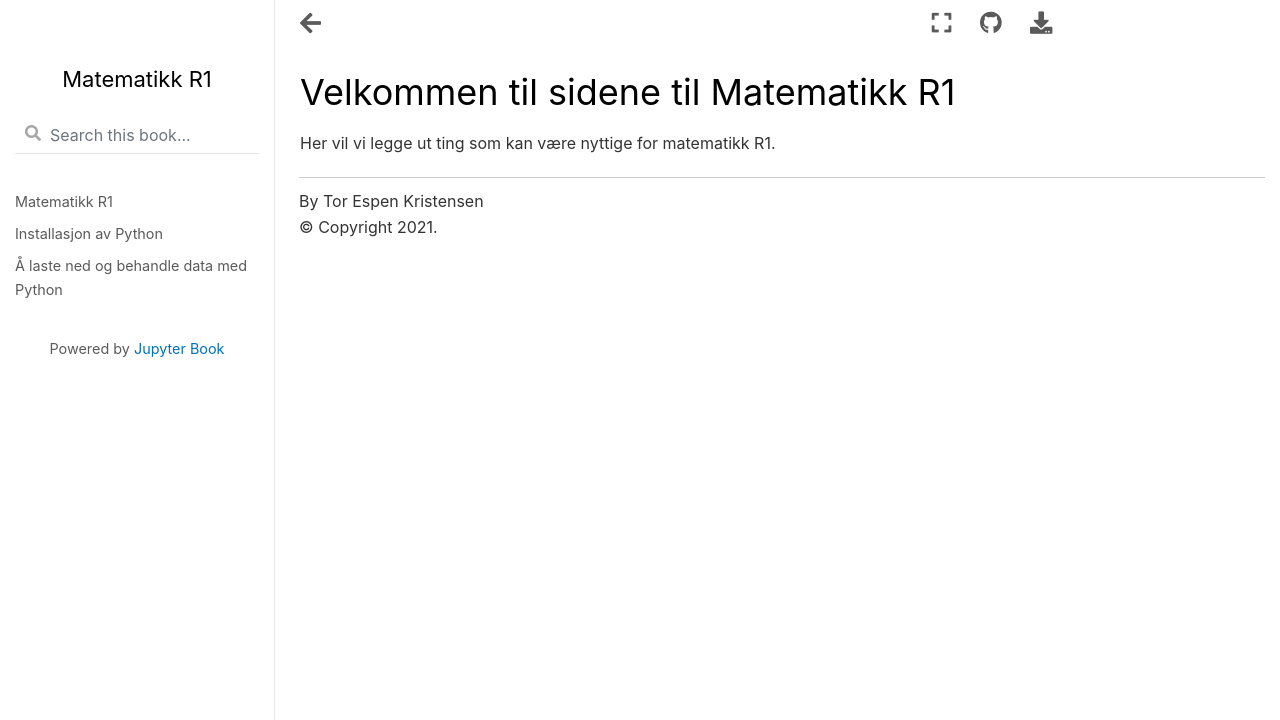
Repository: tork73/R1
Page: R1-programmering/_build/html/intro.html
These files come from the project's save history. The page is drawn as it stood at one moment and after the next save; the edit follows.
The browser window is 1280 px wide. The pictures show the whole page.

Above is the page before, as saved 2022-01-31 10:33:05.

### R1-programmering/_build/html/intro.html

<!DOCTYPE html>

<html>
  <head>
    <meta charset="utf-8" />
    <meta name="viewport" content="width=device-width, initial-scale=1.0" />
    <title>Velkommen til sidene til Matematikk R1 &#8212; Matematikk R1</title>

  <link href="../_static/css/theme.css" rel="stylesheet">
  <link href="../_static/css/index.ff1ffe594081f20da1ef19478df9384b.css" rel="stylesheet">


  <link rel="stylesheet"
    href="../_static/vendor/fontawesome/5.13.0/css/all.min.css">
  <link rel="preload" as="font" type="font/woff2" crossorigin
    href="../_static/vendor/fontawesome/5.13.0/webfonts/fa-solid-900.woff2">
  <link rel="preload" as="font" type="font/woff2" crossorigin
    href="../_static/vendor/fontawesome/5.13.0/webfonts/fa-brands-400.woff2">





    <link rel="stylesheet" type="text/css" href="../_static/pygments.css" />
    <link rel="stylesheet" type="text/css" href="../_static/sphinx-book-theme.css?digest=c3fdc42140077d1ad13ad2f1588a4309" />
    <link rel="stylesheet" type="text/css" href="../_static/togglebutton.css" />
    <link rel="stylesheet" type="text/css" href="../_static/copybutton.css" />
    <link rel="stylesheet" type="text/css" href="../_static/mystnb.css" />
    <link rel="stylesheet" type="text/css" href="../_static/sphinx-thebe.css" />
    <link rel="stylesheet" type="text/css" href="../_static/proof.css" />
    <link rel="stylesheet" type="text/css" href="../_static/panels-main.c949a650a448cc0ae9fd3441c0e17fb0.css" />
    <link rel="stylesheet" type="text/css" href="../_static/panels-variables.06eb56fa6e07937060861dad626602ad.css" />

  <link rel="preload" as="script" href="../_static/js/index.be7d3bbb2ef33a8344ce.js">

    <script data-url_root="../" id="documentation_options" src="../_static/documentation_options.js"></script>
    <script src="../_static/jquery.js"></script>
    <script src="../_static/underscore.js"></script>
    <script src="../_static/doctools.js"></script>
    <script src="../_static/togglebutton.js"></script>
    <script src="../_static/clipboard.min.js"></script>
    <script src="../_static/copybutton.js"></script>
    <script>var togglebuttonSelector = '.toggle, .admonition.dropdown, .tag_hide_input div.cell_input, .tag_hide-input div.cell_input, .tag_hide_output div.cell_output, .tag_hide-output div.cell_output, .tag_hide_cell.cell, .tag_hide-cell.cell';</script>
    <script src="../_static/sphinx-book-theme.d59cb220de22ca1c485ebbdc042f0030.js"></script>
    <script async="async" src="https://unpkg.com/thebe@0.5.1/lib/index.js"></script>
    <script>
        const thebe_selector = ".thebe"
        const thebe_selector_input = "pre"
        const thebe_selector_output = ".output"
    </script>
    <script async="async" src="../_static/sphinx-thebe.js"></script>
    <link rel="index" title="Index" href="../genindex.html" />
    <link rel="search" title="Search" href="../search.html" />
    <meta name="viewport" content="width=device-width, initial-scale=1" />
    <meta name="docsearch:language" content="None">


    <!-- Google Analytics -->

  </head>
  <body data-spy="scroll" data-target="#bd-toc-nav" data-offset="80">

    <div class="container-fluid" id="banner"></div>



    <div class="container-xl">
      <div class="row">

<div class="col-12 col-md-3 bd-sidebar site-navigation show" id="site-navigation">

        <div class="navbar-brand-box">
    <a class="navbar-brand text-wrap" href="../index.html">



      <h1 class="site-logo" id="site-title">Matematikk R1</h1>

    </a>
</div><form class="bd-search d-flex align-items-center" action="../search.html" method="get">
  <i class="icon fas fa-search"></i>
  <input type="search" class="form-control" name="q" id="search-input" placeholder="Search this book..." aria-label="Search this book..." autocomplete="off" >
</form><nav class="bd-links" id="bd-docs-nav" aria-label="Main">
    <div class="bd-toc-item active">
        <ul class="nav bd-sidenav">
 <li class="toctree-l1">
  <a class="reference internal" href="../intro.html">
   Matematikk R1
  </a>
 </li>
</ul>
<ul class="nav bd-sidenav">
 <li class="toctree-l1">
  <a class="reference internal" href="../innledning-programmering.html">
   Installasjon av Python
  </a>
 </li>
 <li class="toctree-l1">
  <a class="reference internal" href="../data-pandas.html">
   Å laste ned og behandle data med Python
  </a>
 </li>
</ul>

    </div>
</nav> <!-- To handle the deprecated key -->

<div class="navbar_extra_footer">
  Powered by <a href="https://jupyterbook.org">Jupyter Book</a>
</div>

</div>






<main class="col py-md-3 pl-md-4 bd-content overflow-auto" role="main">

    <div class="topbar container-xl fixed-top">
    <div class="topbar-contents row">
        <div class="col-12 col-md-3 bd-topbar-whitespace site-navigation show"></div>
        <div class="col pl-md-4 topbar-main">

            <button id="navbar-toggler" class="navbar-toggler ml-0" type="button" data-toggle="collapse"
                data-toggle="tooltip" data-placement="bottom" data-target=".site-navigation" aria-controls="navbar-menu"
                aria-expanded="true" aria-label="Toggle navigation" aria-controls="site-navigation"
                title="Toggle navigation" data-toggle="tooltip" data-placement="left">
                <i class="fas fa-bars"></i>
                <i class="fas fa-arrow-left"></i>
                <i class="fas fa-arrow-up"></i>
            </button>


<div class="dropdown-buttons-trigger">
    <button id="dropdown-buttons-trigger" class="btn btn-secondary topbarbtn" aria-label="Download this page"><i
            class="fas fa-download"></i></button>

    <div class="dropdown-buttons">
        <!-- ipynb file if we had a myst markdown file -->

        <!-- Download raw file -->
        <a class="dropdown-buttons" href="../_sources/.history/intro_20220131103305.md"><button type="button"
                class="btn btn-secondary topbarbtn" title="Download source file" data-toggle="tooltip"
                data-placement="left">.md</button></a>
        <!-- Download PDF via print -->
        <button type="button" id="download-print" class="btn btn-secondary topbarbtn" title="Print to PDF"
                onclick="printPdf(this)" data-toggle="tooltip" data-placement="left">.pdf</button>
    </div>
</div>

            <!-- Source interaction buttons -->

<div class="dropdown-buttons-trigger">
    <button id="dropdown-buttons-trigger" class="btn btn-secondary topbarbtn"
        aria-label="Connect with source repository"><i class="fab fa-github"></i></button>
    <div class="dropdown-buttons sourcebuttons">
        <a class="repository-button"
            href="https://github.com/executablebooks/jupyter-book"><button type="button" class="btn btn-secondary topbarbtn"
                data-toggle="tooltip" data-placement="left" title="Source repository"><i
                    class="fab fa-github"></i>repository</button></a>
        <a class="issues-button"
            href="https://github.com/executablebooks/jupyter-book/issues/new?title=Issue%20on%20page%20%2F.history/intro_20220131103305.html&body=Your%20issue%20content%20here."><button
                type="button" class="btn btn-secondary topbarbtn" data-toggle="tooltip" data-placement="left"
                title="Open an issue"><i class="fas fa-lightbulb"></i>open issue</button></a>

    </div>
</div>

            <!-- Full screen (wrap in <a> to have style consistency -->

<a class="full-screen-button"><button type="button" class="btn btn-secondary topbarbtn" data-toggle="tooltip"
        data-placement="bottom" onclick="toggleFullScreen()" aria-label="Fullscreen mode"
        title="Fullscreen mode"><i
            class="fas fa-expand"></i></button></a>

            <!-- Launch buttons -->

        </div>

        <!-- Table of contents -->
        <div class="d-none d-md-block col-md-2 bd-toc show noprint">

        </div>
    </div>
</div>
    <div id="main-content" class="row">
        <div class="col-12 col-md-9 pl-md-3 pr-md-0">
            <!-- Table of contents that is only displayed when printing the page -->
            <div id="jb-print-docs-body" class="onlyprint">
                <h1>Velkommen til sidene til Matematikk R1</h1>
                <!-- Table of contents -->
                <div id="print-main-content">
                    <div id="jb-print-toc">

                    </div>
                </div>
            </div>

              <div>

  <div class="tex2jax_ignore mathjax_ignore section" id="velkommen-til-sidene-til-matematikk-r1">
<h1>Velkommen til sidene til Matematikk R1<a class="headerlink" href="#velkommen-til-sidene-til-matematikk-r1" title="Permalink to this headline">¶</a></h1>
<p>Her vil vi legge ut ting som kan være nyttige for matematikk R1.</p>
</div>

    <script type="text/x-thebe-config">
    {
        requestKernel: true,
        binderOptions: {
            repo: "binder-examples/jupyter-stacks-datascience",
            ref: "master",
        },
        codeMirrorConfig: {
            theme: "abcdef",
            mode: "python"
        },
        kernelOptions: {
            kernelName: "python3",
            path: "./.history"
        },
        predefinedOutput: true
    }
    </script>
    <script>kernelName = 'python3'</script>

              </div>


                <!-- Previous / next buttons -->
<div class='prev-next-area'>
</div>

        </div>
    </div>
    <footer class="footer">
  <p>

      By Tor Espen Kristensen<br/>

        &copy; Copyright 2021.<br/>
  </p>
</footer>
</main>


      </div>
    </div>

  <script src="../_static/js/index.be7d3bbb2ef33a8344ce.js"></script>

  </body>
</html>

### R1-programmering/_build/html/_static/togglebutton.css
/* Visibility of the target */
.toggle, div.admonition.toggle .admonition-title ~ * {
    transition: opacity .5s, height .5s;
}

.toggle-hidden:not(.admonition) {
    visibility: hidden;
    opacity: 0;
    height: 1.5em;
    margin: 0px;
    padding: 0px;
}

/* Overrides for admonition toggles */

/* Titles should cut off earlier to avoid overlapping w/ button */
div.admonition.toggle p.admonition-title {
    padding-right: 25%;
}

/* hides all the content of a page until de-toggled */
div.admonition.toggle-hidden .admonition-title ~ * {
    height: 0;
    margin: 0;
    float: left; /* so they overlap when hidden */
    opacity: 0;
    visibility: hidden;
}

/* Toggle buttons inside admonitions so we see the title */
.toggle.admonition {
    position: relative;
}

.toggle.admonition.admonition-title:after {
    content: "" !important;
}

/* Note, we'll over-ride this in sphinx-book-theme */
.toggle.admonition button.toggle-button {
    margin-right: 0.5em;
    right: 0em;
    position: absolute;
    top: .2em;
}

/* General button style */
button.toggle-button {
    background: #999;
    border: none;
    z-index: 100;
    right: -2.5em;
    margin-left: -2.5em; /* A hack to keep code blocks from being pushed left */
    position: relative;
    float: right;
    border-radius: 100%;
    width: 1.5em;
    height: 1.5em;
    padding: 0px;
}

@media (min-width: 768px) {
    button.toggle-button.toggle-button-hidden:before {
        content: "Click to show";
        position: absolute;
        font-size: .8em;
        left: -6.5em;
        bottom: .4em;
    }
}


/* Plus / minus toggles */
.toggle-button .bar {
    background-color: white;
    position: absolute;
    left: 15%;
    top: 43%;
    width: 16px;
    height: 3px;
}

.toggle-button .vertical {
    transition: all 0.25s ease-in-out;
    transform-origin: center;
}

.toggle-button-hidden .vertical {
    transform: rotate(-90deg);
}

### R1-programmering/_build/html/_static/copybutton.css
/* Copy buttons */
button.copybtn {
    position: absolute;
    display: flex;
    top: .3em;
    right: .5em;
    width: 1.7em;
    height: 1.7em;
	opacity: 0;
    transition: opacity 0.3s, border .3s, background-color .3s;
    user-select: none;
    padding: 0;
    border: none;
    outline: none;
    border-radius: 0.4em;
    border: #e1e1e1 1px solid;
    background-color: rgb(245, 245, 245);
}

button.copybtn.success {
    border-color: #22863a;
}

button.copybtn img {
    width: 100%;
    padding: .2em;
}

div.highlight  {
    position: relative;
}

.highlight:hover button.copybtn {
	opacity: 1;
}

.highlight button.copybtn:hover {
    background-color: rgb(235, 235, 235);
}

.highlight button.copybtn:active {
    background-color: rgb(187, 187, 187);
}

/**
 * A minimal CSS-only tooltip copied from:
 *   https://codepen.io/mildrenben/pen/rVBrpK
 *
 * To use, write HTML like the following:
 *
 * <p class="o-tooltip--left" data-tooltip="Hey">Short</p>
 */
 .o-tooltip--left {
  position: relative;
 }

 .o-tooltip--left:after {
    opacity: 0;
    visibility: hidden;
    position: absolute;
    content: attr(data-tooltip);
    padding: .2em;
    font-size: .8em;
    left: -.2em;
    background: grey;
    color: white;
    white-space: nowrap;
    z-index: 2;
    border-radius: 2px;
    transform: translateX(-102%) translateY(0);
    transition: opacity 0.2s cubic-bezier(0.64, 0.09, 0.08, 1), transform 0.2s cubic-bezier(0.64, 0.09, 0.08, 1);
}

.o-tooltip--left:hover:after {
    display: block;
    opacity: 1;
    visibility: visible;
    transform: translateX(-100%) translateY(0);
    transition: opacity 0.2s cubic-bezier(0.64, 0.09, 0.08, 1), transform 0.2s cubic-bezier(0.64, 0.09, 0.08, 1);
    transition-delay: .5s;
}

### R1-programmering/_build/html/_static/sphinx-thebe.css
/* Thebelab Buttons */
.thebelab-button {
    z-index: 999;
    display: inline-block;
    padding: 0.35em 1.2em;
    margin: 0px 1px;
    border-radius: 0.12em;
    box-sizing:  border-box;
    text-decoration: none;
    font-family: 'Roboto', sans-serif;
    font-weight: 300;
    text-align: center;
    transition: all 0.2s;
    background-color: #dddddd;
    border: 0.05em solid white;
    color: #000000;
}

.thebelab-button:hover{
    border: 0.05em solid black;
    background-color: #fcfcfc;
}

.thebe-launch-button {
    height: 2.2em;
    font-size: .8em;
    border: 1px black solid;
}

/* Thebelab Cell */
.thebelab-cell pre {
  background: none;
}

.thebelab-cell .thebelab-input {
    padding-left: 1em;
    margin-bottom: .5em;
    margin-top: .5em;
}

.thebelab-cell .jp-OutputArea {
    margin-top: .5em;
    margin-left: 1em;
}

button.thebelab-button.thebelab-run-button {
    margin-left: 1.5em;
    margin-bottom: .5em;
}

/* Loading button */
button.thebe-launch-button div.spinner {
    float: left;
    margin-right: 1em;
}

/* Remove the spinner when thebelab is ready */
.thebe-launch-button.thebe-status-ready .spinner {
    display: none;
}

.thebe-launch-button span.status {
    font-family: monospace;
    font-weight: bold;
}

.thebe-launch-button.thebe-status-ready span.status {
    color: green;
}

.spinner {
    height: 2em;
    text-align: center;
    font-size: 0.7em;
  }

  .spinner > div {
    background-color: #F37726;
    height: 100%;
    width: 6px;
    display: inline-block;

    -webkit-animation: sk-stretchdelay 1.2s infinite ease-in-out;
    animation: sk-stretchdelay 1.2s infinite ease-in-out;
  }

  .spinner .rect2 {
    -webkit-animation-delay: -1.1s;
    animation-delay: -1.1s;
  }

  .spinner .rect3 {
    -webkit-animation-delay: -1.0s;
    animation-delay: -1.0s;
  }

  .spinner .rect4 {
    -webkit-animation-delay: -0.9s;
    animation-delay: -0.9s;
  }

  .spinner .rect5 {
    -webkit-animation-delay: -0.8s;
    animation-delay: -0.8s;
  }

  @-webkit-keyframes sk-stretchdelay {
    0%, 40%, 100% { -webkit-transform: scaleY(0.4) }
    20% { -webkit-transform: scaleY(1.0) }
  }

  @keyframes sk-stretchdelay {
    0%, 40%, 100% {
      transform: scaleY(0.4);
      -webkit-transform: scaleY(0.4);
    }  20% {
      transform: scaleY(1.0);
      -webkit-transform: scaleY(1.0);
    }
  }

### R1-programmering/_build/html/_static/panels-main.c949a650a448cc0ae9fd3441c0e17fb0.css
details.dropdown .summary-title{padding-right:3em !important;-moz-user-select:none;-ms-user-select:none;-webkit-user-select:none;user-select:none}details.dropdown:hover{cursor:pointer}details.dropdown .summary-content{cursor:default}details.dropdown summary{list-style:none;padding:1em}details.dropdown summary .octicon.no-title{vertical-align:middle}details.dropdown[open] summary .octicon.no-title{visibility:hidden}details.dropdown summary::-webkit-details-marker{display:none}details.dropdown summary:focus{outline:none}details.dropdown summary:hover .summary-up svg,details.dropdown summary:hover .summary-down svg{opacity:1}details.dropdown .summary-up svg,details.dropdown .summary-down svg{display:block;opacity:.6}details.dropdown .summary-up,details.dropdown .summary-down{pointer-events:none;position:absolute;right:1em;top:.75em}details.dropdown[open] .summary-down{visibility:hidden}details.dropdown:not([open]) .summary-up{visibility:hidden}details.dropdown.fade-in[open] summary~*{-moz-animation:panels-fade-in .5s ease-in-out;-webkit-animation:panels-fade-in .5s ease-in-out;animation:panels-fade-in .5s ease-in-out}details.dropdown.fade-in-slide-down[open] summary~*{-moz-animation:panels-fade-in .5s ease-in-out, panels-slide-down .5s ease-in-out;-webkit-animation:panels-fade-in .5s ease-in-out, panels-slide-down .5s ease-in-out;animation:panels-fade-in .5s ease-in-out, panels-slide-down .5s ease-in-out}@keyframes panels-fade-in{0%{opacity:0}100%{opacity:1}}@keyframes panels-slide-down{0%{transform:translate(0, -10px)}100%{transform:translate(0, 0)}}.octicon{display:inline-block;fill:currentColor;vertical-align:text-top}.tabbed-content{box-shadow:0 -.0625rem var(--tabs-color-overline),0 .0625rem var(--tabs-color-underline);display:none;order:99;padding-bottom:.75rem;padding-top:.75rem;width:100%}.tabbed-content>:first-child{margin-top:0 !important}.tabbed-content>:last-child{margin-bottom:0 !important}.tabbed-content>.tabbed-set{margin:0}.tabbed-set{border-radius:.125rem;display:flex;flex-wrap:wrap;margin:1em 0;position:relative}.tabbed-set>input{opacity:0;position:absolute}.tabbed-set>input:checked+label{border-color:var(--tabs-color-label-active);color:var(--tabs-color-label-active)}.tabbed-set>input:checked+label+.tabbed-content{display:block}.tabbed-set>input:focus+label{outline-style:auto}.tabbed-set>input:not(.focus-visible)+label{outline:none;-webkit-tap-highlight-color:transparent}.tabbed-set>label{border-bottom:.125rem solid transparent;color:var(--tabs-color-label-inactive);cursor:pointer;font-size:var(--tabs-size-label);font-weight:700;padding:1em 1.25em .5em;transition:color 250ms;width:auto;z-index:1}html .tabbed-set>label:hover{color:var(--tabs-color-label-active)}

Loaded but not shown: R1-programmering/_build/html/_static/css/index.ff1ffe594081f20da1ef19478df9384b.css (library); R1-programmering/_build/html/_static/vendor/fontawesome/5.13.0/css/all.min.css (library); R1-programmering/_build/html/_static/sphinx-book-theme.css (library); R1-programmering/_build/html/_static/panels-variables.06eb56fa6e07937060861dad626602ad.css (common file); R1-programmering/_build/html/_static/js/index.be7d3bbb2ef33a8344ce.js (library); R1-programmering/_build/html/_static/documentation_options.js (common file); R1-programmering/_build/html/_static/jquery.js (library); R1-programmering/_build/html/_static/underscore.js (library); R1-programmering/_build/html/_static/clipboard.min.js (library); R1-programmering/_build/html/_static/doctools.js (323 lines, source omitted); R1-programmering/_build/html/_static/copybutton.js (197 lines, source omitted); R1-programmering/_build/html/_static/sphinx-thebe.js (96 lines, source omitted); R1-programmering/_build/html/_static/sphinx-book-theme.d59cb220de22ca1c485ebbdc042f0030.js (22 lines, source omitted); R1-programmering/_build/html/_static/togglebutton.js (76 lines, source omitted); R1-programmering/_build/html/_static/basic.css (905 lines, source omitted); R1-programmering/_build/html/_static/proof.css (196 lines, source omitted); R1-programmering/_build/html/_static/css/theme.css (120 lines, source omitted); R1-programmering/_build/html/_static/pygments.css (69 lines, source omitted); R1-programmering/_build/html/_static/mystnb.css (183 lines, source omitted)

After the next save:
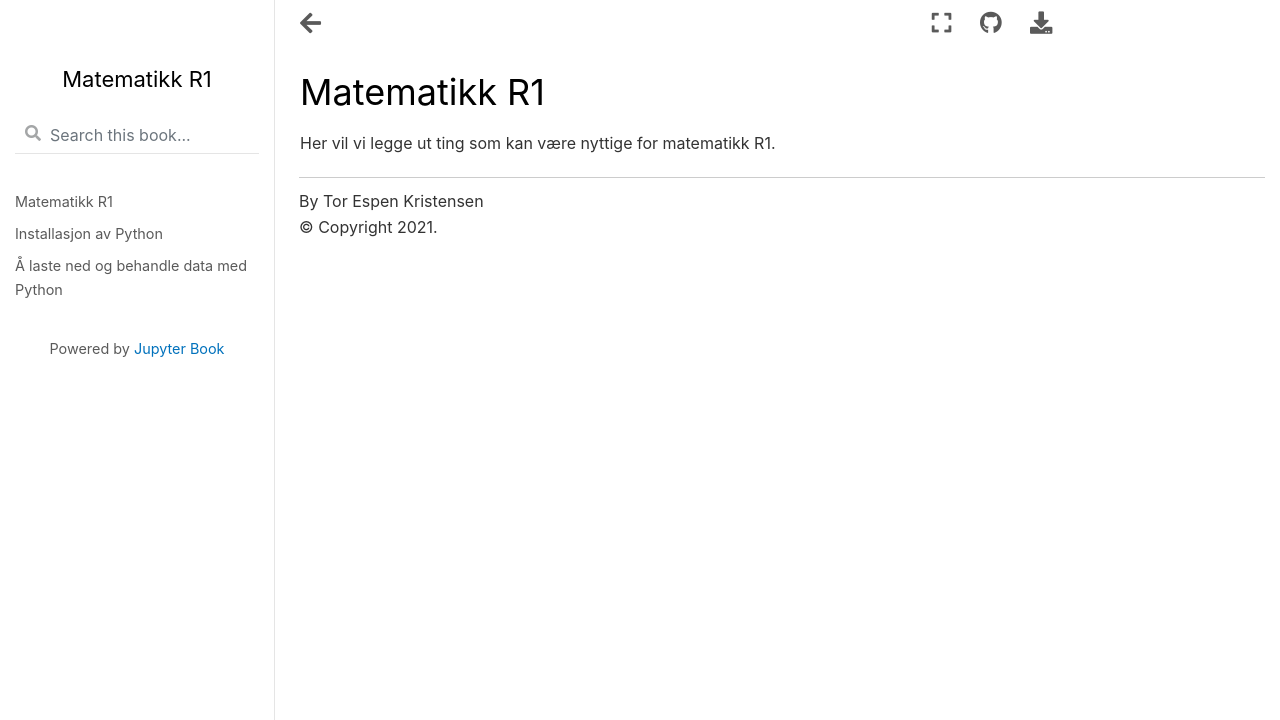
Saved 23 s later.
--- a/R1-programmering/_build/html/intro.html
+++ b/R1-programmering/_build/html/intro.html
@@ -5,7 +5,7 @@
   <head>
     <meta charset="utf-8" />
     <meta name="viewport" content="width=device-width, initial-scale=1.0" />
-    <title>Velkommen til sidene til Matematikk R1 &#8212; Matematikk R1</title>
+    <title>Matematikk R1 &#8212; Matematikk R1</title>
 
   <link href="../_static/css/theme.css" rel="stylesheet">
   <link href="../_static/css/index.ff1ffe594081f20da1ef19478df9384b.css" rel="stylesheet">
@@ -142,7 +142,7 @@
         <!-- ipynb file if we had a myst markdown file -->
 
         <!-- Download raw file -->
-        <a class="dropdown-buttons" href="../_sources/.history/intro_20220131103305.md"><button type="button"
+        <a class="dropdown-buttons" href="../_sources/.history/intro_20220131103328.md"><button type="button"
                 class="btn btn-secondary topbarbtn" title="Download source file" data-toggle="tooltip"
                 data-placement="left">.md</button></a>
         <!-- Download PDF via print -->
@@ -162,7 +162,7 @@
                 data-toggle="tooltip" data-placement="left" title="Source repository"><i
                     class="fab fa-github"></i>repository</button></a>
         <a class="issues-button"
-            href="https://github.com/executablebooks/jupyter-book/issues/new?title=Issue%20on%20page%20%2F.history/intro_20220131103305.html&body=Your%20issue%20content%20here."><button
+            href="https://github.com/executablebooks/jupyter-book/issues/new?title=Issue%20on%20page%20%2F.history/intro_20220131103328.html&body=Your%20issue%20content%20here."><button
                 type="button" class="btn btn-secondary topbarbtn" data-toggle="tooltip" data-placement="left"
                 title="Open an issue"><i class="fas fa-lightbulb"></i>open issue</button></a>
 
@@ -190,7 +190,7 @@
         <div class="col-12 col-md-9 pl-md-3 pr-md-0">
             <!-- Table of contents that is only displayed when printing the page -->
             <div id="jb-print-docs-body" class="onlyprint">
-                <h1>Velkommen til sidene til Matematikk R1</h1>
+                <h1>Matematikk R1</h1>
                 <!-- Table of contents -->
                 <div id="print-main-content">
                     <div id="jb-print-toc">
@@ -201,8 +201,8 @@
 
               <div>
 
-  <div class="tex2jax_ignore mathjax_ignore section" id="velkommen-til-sidene-til-matematikk-r1">
-<h1>Velkommen til sidene til Matematikk R1<a class="headerlink" href="#velkommen-til-sidene-til-matematikk-r1" title="Permalink to this headline">¶</a></h1>
+  <div class="tex2jax_ignore mathjax_ignore section" id="matematikk-r1">
+<h1>Matematikk R1<a class="headerlink" href="#matematikk-r1" title="Permalink to this headline">¶</a></h1>
 <p>Her vil vi legge ut ting som kan være nyttige for matematikk R1.</p>
 </div>
 
